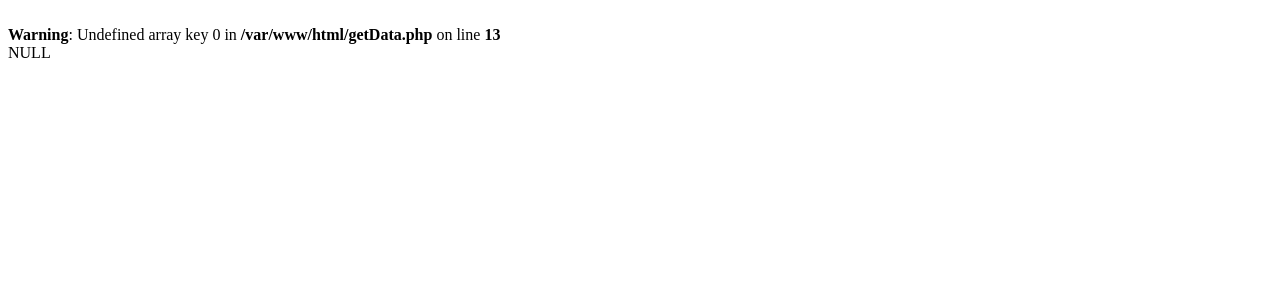
Repository: JulsR/Coding
Page: http://localhost/getData.php
The author's editor kept a copy of each file at every save. The page is drawn from the files as they stood at one save, then again after the next save.
The browser window is 1280 px wide. The pictures show the whole page.
The page is run by PHP 8.4 with error messages shown; the project is at /var/www/html/.

Above is the page before, as saved 2015-03-07 19:12:15.

### classProject/getData.php
<?php
require_once 'hotel.php'; //allows you to use the demo.php file.

// $hotelObj  = new Hotel();

// $hotelObj->getHotelName();
// print_r($hotelObj);

$ht=HotelFactory::create();

// print_r($ht->getHotelName());
$hoteldata = $ht->getHotelName();
var_dump($hoteldata[0]);

// print_r($hotelObj[0]);
// print_r($hotelObj['HotelName']);
// var_dump($hotel);

// $hAdd ->getHotelAddress();
// echo $hAdd;

// $hWeb ->getHotelWebsite();
// echo $hWeb;


?>

### classProject/hotel.php
<?php

/*
 * The Assignment - create a class that, when instantiated, pulls all data from an imaginary table named oti_hotel
 * and stores it in a private array inside the class.
 *
 * oti_hotels fields:
 * hotel_name
 * hotel_address
 * hotel_web_site
 *
 */
class Hotel {

	private $oti_hotel = array ();

	public function __construct() {
		$this->oti_hotel = $oti_hotel = array (
				"HotelName" => "Juliessa Inn",
				"HotelAddress" => "9201 Juliessa Drive",
				"HotelWebsite" => "www.juliessaHotel.com"
		);
	}

	public function getHotelName() {
		return $this->oti_hotel;
	}
}


class HotelFactory {
	public static function create() {
		return new Hotel ();
	}
}
?>

After the next save:
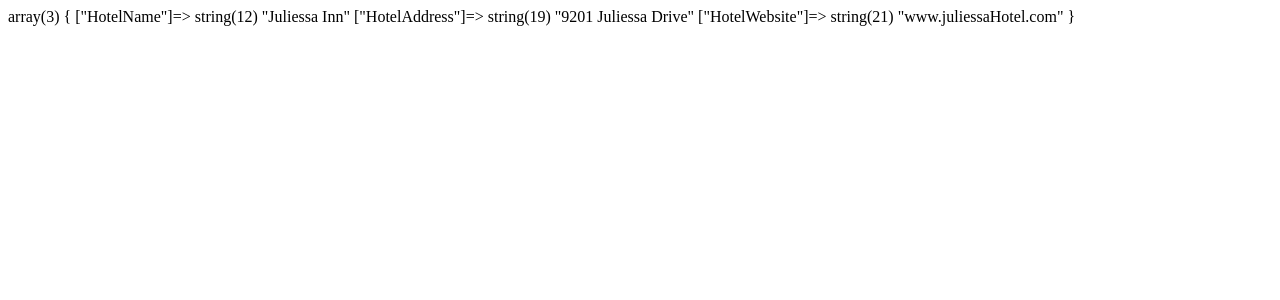
Saved 9 s later.
--- a/classProject/getData.php
+++ b/classProject/getData.php
@@ -10,7 +10,7 @@ $ht=HotelFactory::create();
 
 // print_r($ht->getHotelName());
 $hoteldata = $ht->getHotelName();
-var_dump($hoteldata[0]);
+var_dump($hoteldata);
 
 // print_r($hotelObj[0]);
 // print_r($hotelObj['HotelName']);
